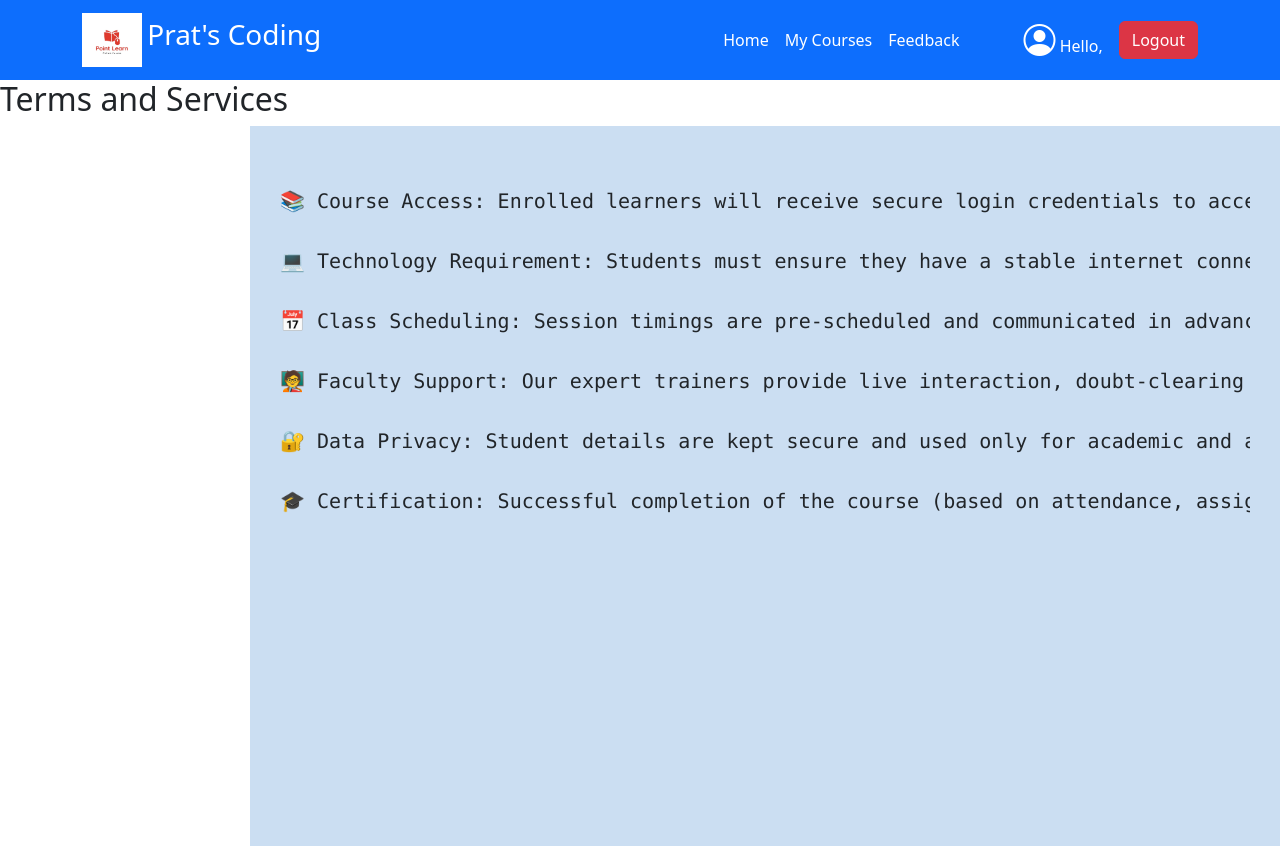
Repository: Pratikshae/OnlineLearningEPlatform
Page: http://localhost/terms-and-services
The author's editor kept a copy of each file at every save. The page is drawn from the files as they stood at one save, then again after the next save.
The browser window is 1280 px wide. The pictures show the whole page.
The page is this project's Thymeleaf template; nobody is signed in. The template is opened directly, without the code that normally fills it, so the values that code supplies are empty.

Above is the page before, as saved 2025-09-22 09:33:13.

### EducationCRMProject/src/main/resources/templates/terms-and-services.html
<!DOCTYPE html>
<html lang="en" xmlns:th="http://www.thymeleaf.org">
<head>
<meta charset="utf-8" />
<meta name="viewport" content="width=device-width, initial-scale=1" />
<title>Terms and Services</title>
<link
	href="https://cdn.jsdelivr.net/npm/bootstrap@5.3.7/dist/css/bootstrap.min.css"
	rel="stylesheet"
	integrity="sha384-LN+7fdVzj6u52u30Kp6M/trliBMCMKTyK833zpbD+pXdCLuTusPj697FH4R/5mcr"
	crossorigin="anonymous" />

<link rel="stylesheet"
	href="https://cdn.jsdelivr.net/npm/bootstrap-icons@1.13.1/font/bootstrap-icons.min.css">
<link rel="stylesheet" th:href="@{/css/style.css}">

</head>
<body>
	<div th:replace="~{fragments/user-header :: u-header}"></div>
	<h2 class="justify-content-center align-items-center">Terms and Services</h2>

	<div class="main-content">
		<pre class="justify-content-center align-items-center" style="font-size: 20px;">

📚 Course Access: Enrolled learners will receive secure login credentials to access study material, live classes, and recorded sessions. Sharing credentials is strictly prohibited.

💻 Technology Requirement: Students must ensure they have a stable internet connection, a working device, and updated software to participate smoothly.

📅 Class Scheduling: Session timings are pre-scheduled and communicated in advance. Any changes will be notified via email/SMS.

🧑‍🏫 Faculty Support: Our expert trainers provide live interaction, doubt-clearing sessions, and personalized mentoring.

🔐 Data Privacy: Student details are kept secure and used only for academic and administrative purposes.

🎓 Certification: Successful completion of the course (based on attendance, assignments, and assessments) will earn learners a digital certificate recognized by industry partners.
		   </pre>
	</div>
</body>
</html>

### EducationCRMProject/src/main/resources/templates/fragments/user-header.html
<!-- fragments/header.html -->
<!DOCTYPE html>
<html xmlns:th="http://www.thymeleaf.org">
<body>
	<header th:fragment="u-header">
		<nav class="navbar navbar-expand-lg bg-primary">
			<div class="container">
				<a class="navbar-brand" href="/index"> <img
					src="images/logo.png" alt="Smart Programming Logo" width="60" /> <span
					class="h3 text-white">Prat's Coding</span>
				</a>
				<button class="navbar-toggler" type="button"
					data-bs-toggle="collapse" data-bs-target="#navbarSupportedContent"
					aria-controls="navbarSupportedContent" aria-expanded="false"
					aria-label="Toggle navigation">
					<span class="navbar-toggler-icon"></span>
				</button>
				<div class="collapse navbar-collapse" id="navbarSupportedContent">
					<ul class="navbar-nav ms-auto mb-2 mb-lg-0">
						<li class="nav-item"><a class="nav-link text-white"
							aria-current="page" href="/index">Home</a></li>
					</ul>
					<ul class="navbar-nav mb-2 mb-lg-0">
						<li class="nav-item"><a class="nav-link text-white"
							aria-current="page" href="/myCourses">My Courses</a></li>
					</ul>

					<ul class="navbar-nav mb-2 mb-lg-0">
						<li class="nav-item"><a class="nav-link text-white"
							aria-current="page" href="/provideFeedback">Feedback</a></li>
					</ul>

					<ul class="navbar-nav mb-2 mb-lg-0 ms-5">
						<li class="nav-item"><a class="nav-link text-white"
							aria-current="page" href="/userProfile"> <i
								class="bi bi-person-circle" style="font-size: 2rem;"></i> Hello,
								<span th:text="${sessionUser.name}"></span>
						</a></li>
					</ul>
					<a href="/login" class="btn btn-danger ms-2"> Logout </a>
				</div>
			</div>
		</nav>
	</header>
</body>
</html>

### EducationCRMProject/src/main/resources/static/css/style.css
.sidebar {
    width: 250px;
    background-color: black;
    position: fixed;
    top: 0;
    left: 0;
    height: 100%;
    z-index: 1000;   /* ensure it stays above content */
}

.sidebar .nav-link {
    color: white;
}
.sidebar .nav-link:hover {
	background-color: #1075e0;
}

.main-content {
    margin-left: 250px;
    width: calc(100% - 250px);
    padding: 30px;
    background:#cbdef2;
    min-height: 100vh;
    position: relative;
    z-index: 1;   /* ensure content sits beside, not behind */
}

After the next save:
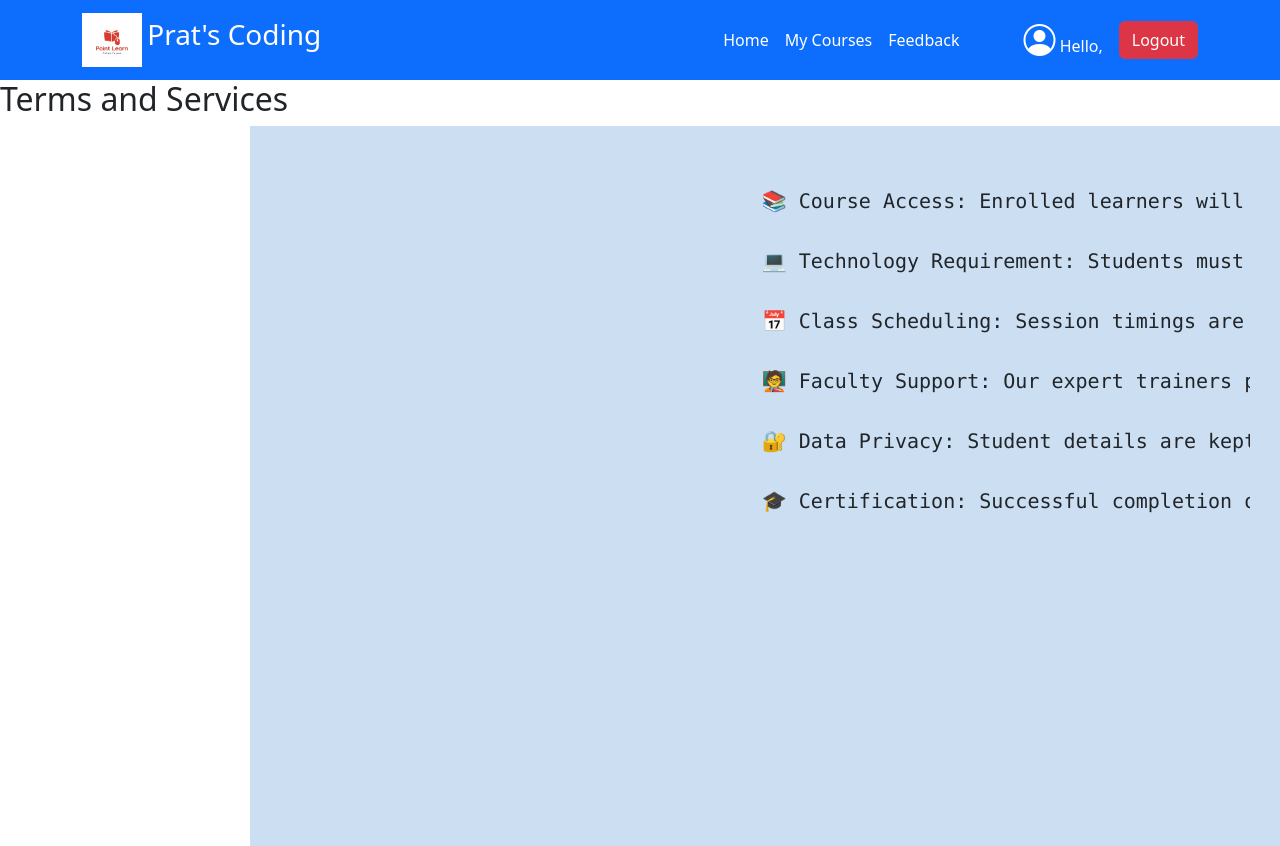
Saved 10 s later.
--- a/EducationCRMProject/src/main/resources/templates/terms-and-services.html
+++ b/EducationCRMProject/src/main/resources/templates/terms-and-services.html
@@ -17,22 +17,24 @@
 </head>
 <body>
 	<div th:replace="~{fragments/user-header :: u-header}"></div>
-	<h2 class="justify-content-center align-items-center">Terms and Services</h2>
+	<h2 class="justify-content-center align-items-center">Terms and
+		Services</h2>
 
 	<div class="main-content">
-		<pre class="justify-content-center align-items-center" style="font-size: 20px;">
+		<pre class="justify-content-center align-items-center"
+			style="font-size: 20px;">
 
-📚 Course Access: Enrolled learners will receive secure login credentials to access study material, live classes, and recorded sessions. Sharing credentials is strictly prohibited.
+					📚 Course Access: Enrolled learners will receive secure login credentials to access study material, live classes, and recorded sessions. Sharing credentials is strictly prohibited.
 
-💻 Technology Requirement: Students must ensure they have a stable internet connection, a working device, and updated software to participate smoothly.
+					💻 Technology Requirement: Students must ensure they have a stable internet connection, a working device, and updated software to participate smoothly.
 
-📅 Class Scheduling: Session timings are pre-scheduled and communicated in advance. Any changes will be notified via email/SMS.
+					📅 Class Scheduling: Session timings are pre-scheduled and communicated in advance. Any changes will be notified via email/SMS.
 
-🧑‍🏫 Faculty Support: Our expert trainers provide live interaction, doubt-clearing sessions, and personalized mentoring.
+					🧑‍🏫 Faculty Support: Our expert trainers provide live interaction, doubt-clearing sessions, and personalized mentoring.
 
-🔐 Data Privacy: Student details are kept secure and used only for academic and administrative purposes.
+					🔐 Data Privacy: Student details are kept secure and used only for academic and administrative purposes.
 
-🎓 Certification: Successful completion of the course (based on attendance, assignments, and assessments) will earn learners a digital certificate recognized by industry partners.
+					🎓 Certification: Successful completion of the course (based on attendance, assignments, and assessments) will earn learners a digital certificate recognized by industry partners.
 		   </pre>
 	</div>
 </body>
